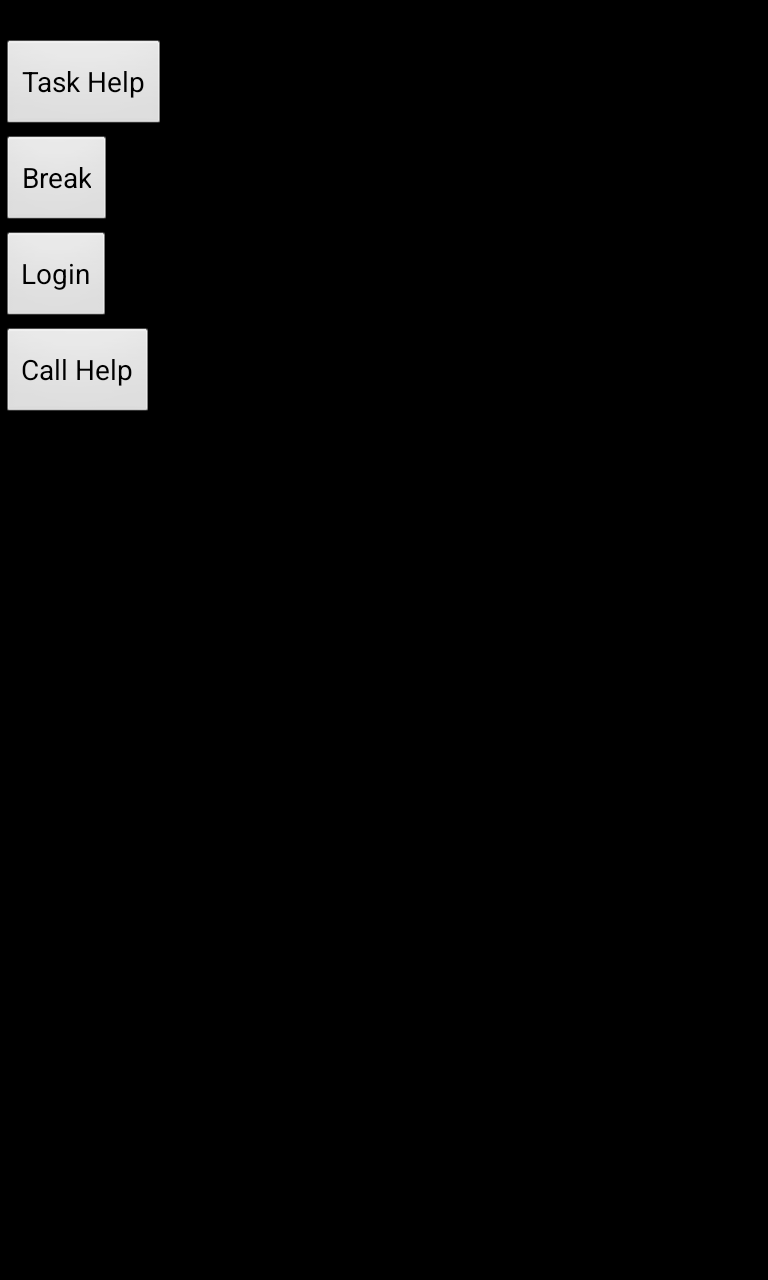
Repository: Crimson-Coders/project_java
Layout: appdev/Task_Tree_Activity/res/layout/main.xml
These files come from the project's save history. The layout is drawn as it stood at one moment and after the next save; the edit follows.
It is drawn on a 768 x 1280 px phone screen (xhdpi) without system bars, with theme android:Theme; the app's code is not run.

Above is the layout before, as saved 2011-10-19 15:50:30.

### appdev/Task_Tree_Activity/res/layout/main.xml
<?xml version="1.0" encoding="utf-8"?>
<LinearLayout xmlns:android="http://schemas.android.com/apk/res/android"
    android:layout_width="fill_parent"
    android:layout_height="fill_parent"
    android:orientation="vertical" >

    <TextView
        android:layout_width="fill_parent"
        android:layout_height="wrap_content"
        />

    <Button
        android:id="@+id/button1"
        android:layout_width="wrap_content"
        android:layout_height="wrap_content"
        android:text="Task Help" />

    <Button
        android:id="@+id/button2"
        android:layout_width="wrap_content"
        android:layout_height="wrap_content"
        android:text="Break" />

    <Button
        android:id="@+id/button4"
        android:layout_width="wrap_content"
        android:layout_height="wrap_content"
        android:text="Login" />

    <Button
        android:id="@+id/button3"
        android:layout_width="wrap_content"
        android:layout_height="wrap_content"
        android:text="Call Help" />

</LinearLayout>

After the next save:
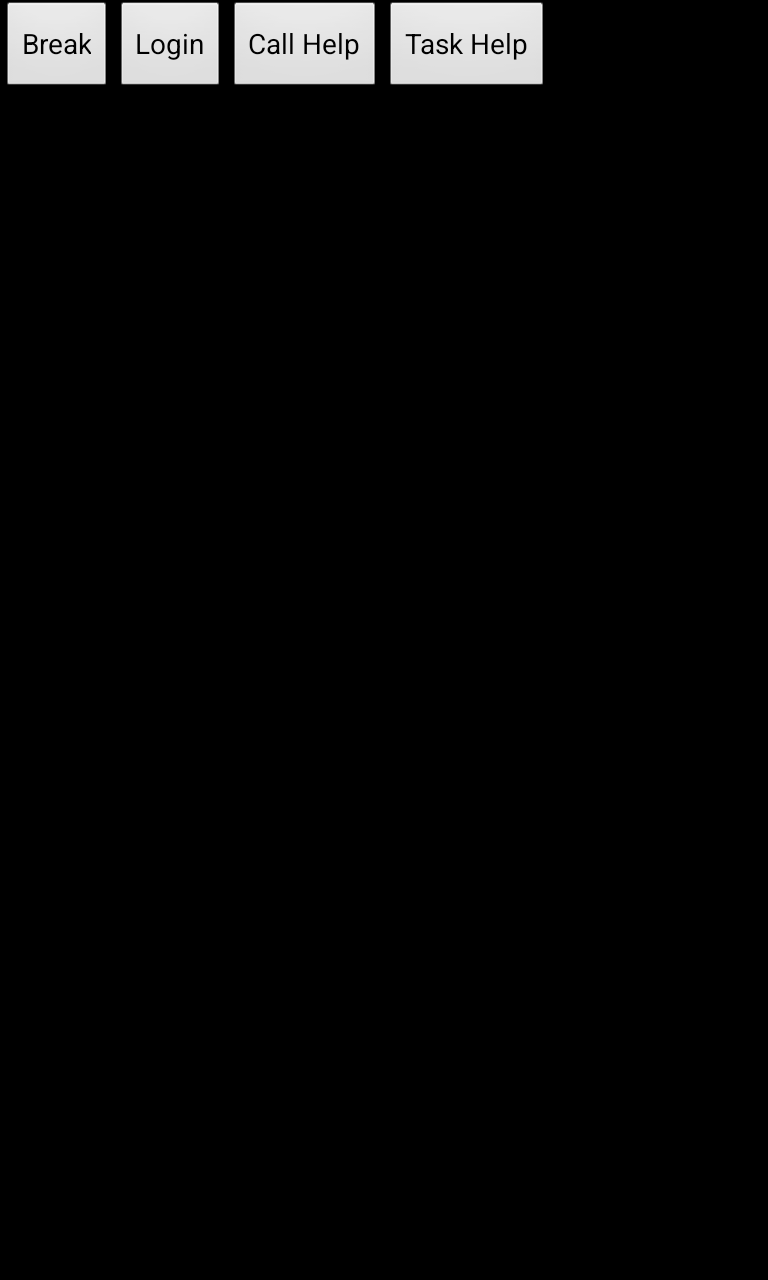
Saved 3 min 49 s later.
--- a/appdev/Task_Tree_Activity/res/layout/main.xml
+++ b/appdev/Task_Tree_Activity/res/layout/main.xml
@@ -1,19 +1,9 @@
 <?xml version="1.0" encoding="utf-8"?>
 <LinearLayout xmlns:android="http://schemas.android.com/apk/res/android"
-    android:layout_width="fill_parent"
-    android:layout_height="fill_parent"
-    android:orientation="vertical" >
-
-    <TextView
-        android:layout_width="fill_parent"
-        android:layout_height="wrap_content"
-        />
-
-    <Button
-        android:id="@+id/button1"
-        android:layout_width="wrap_content"
-        android:layout_height="wrap_content"
-        android:text="Task Help" />
+    android:layout_width="wrap_content"
+    android:layout_height="wrap_content"
+    android:baselineAligned="true"
+    android:orientation="horizontal" >
 
     <Button
         android:id="@+id/button2"
@@ -33,4 +23,10 @@
         android:layout_height="wrap_content"
         android:text="Call Help" />
 
+    <Button
+        android:id="@+id/button1"
+        android:layout_width="wrap_content"
+        android:layout_height="wrap_content"
+        android:text="Task Help" />
+
 </LinearLayout>
